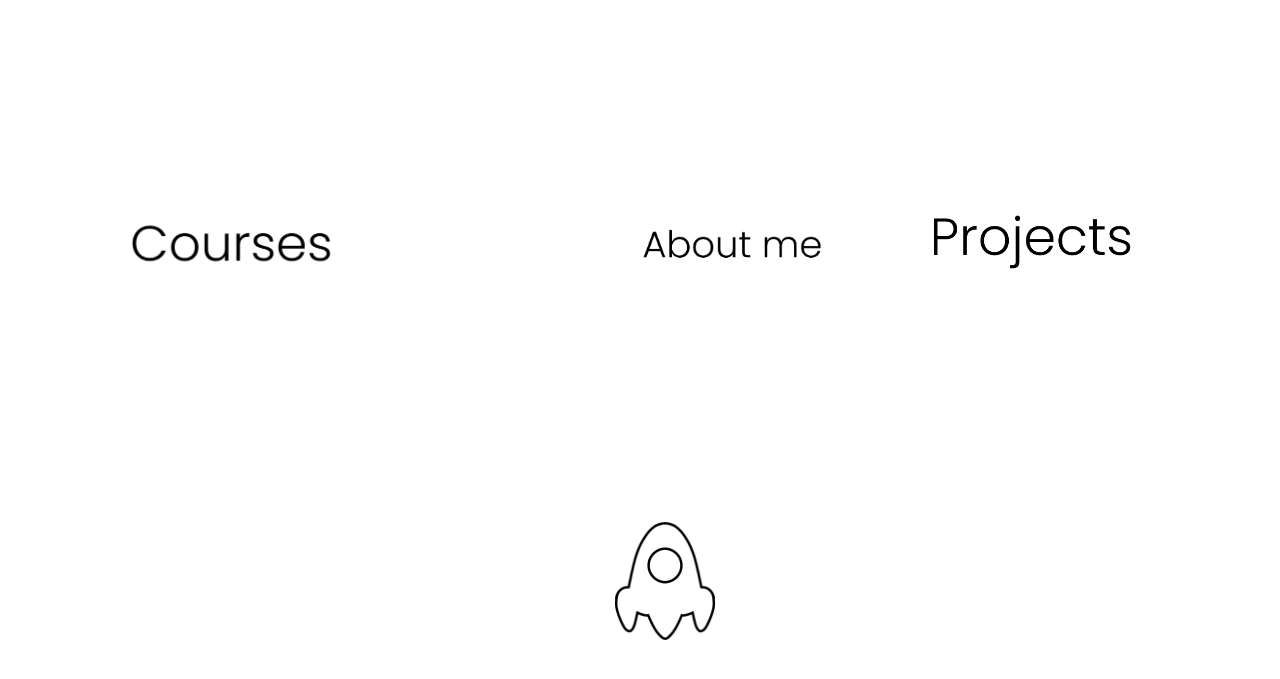
Repository: notMaximilian/maximilianaquino.github.io
Page: index.html
These files come from the project's save history. The page is drawn as it stood at one moment and after the next save; the edit follows.
The browser window is 1280 px wide. The pictures show the whole page.

Above is the page before, as saved 2022-02-01 22:14:00.

After the next save:
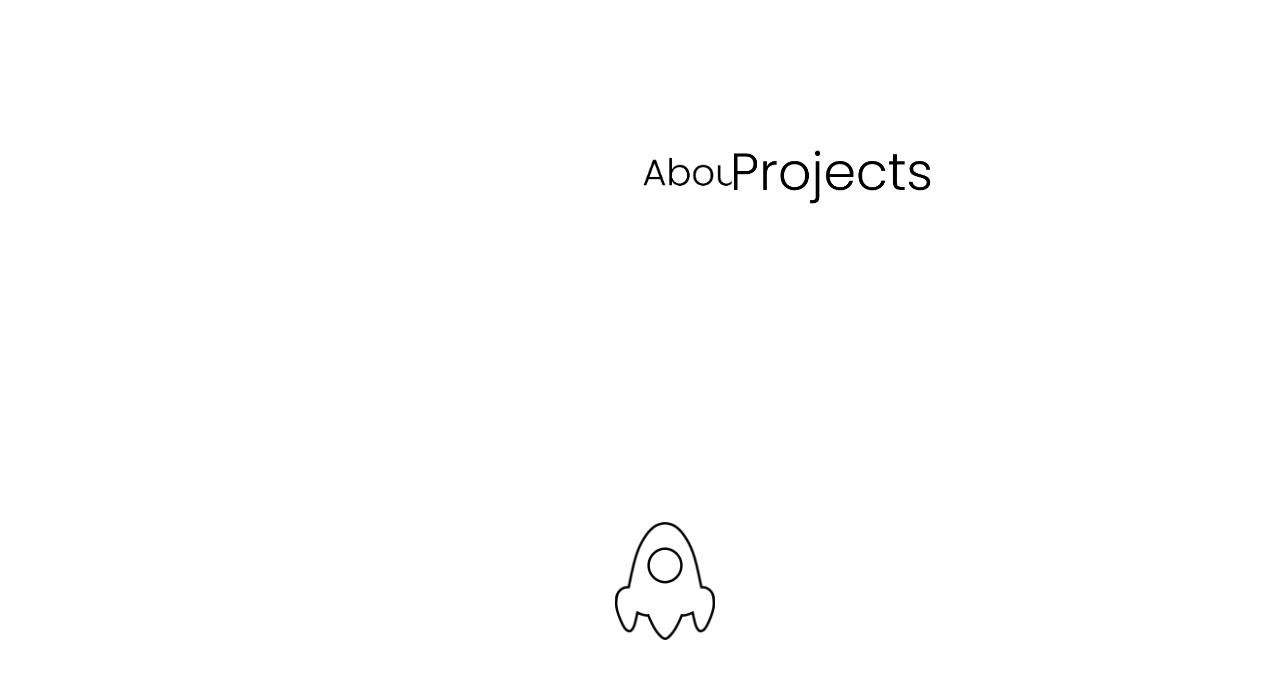
Saved 2 min 17 s later.
--- a/js/app.js
+++ b/js/app.js
@@ -176,7 +176,7 @@ function rand(min, max) {
         let img = "img/card" + (i+1) + ".png"
         $element.src = img;
         $element.className = "header";
-        $element.style.display = "inline-grid"
+        $element.style.position = "absolute"
         $container.appendChild($element);
 
 
